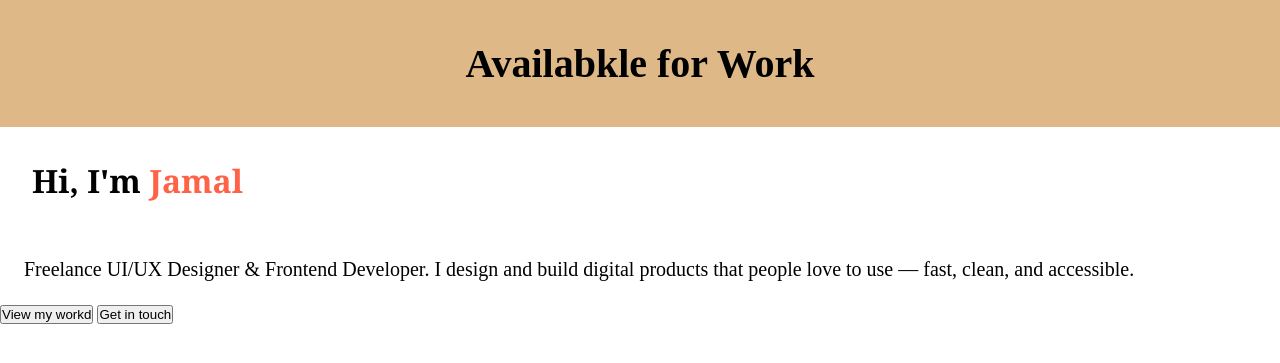
Repository: jamalissef-glitch/exercise1-JS
Page: Exercise33/index.html
These files come from the project's save history. The page is drawn as it stood at one moment and after the next save; the edit follows.
The browser window is 1280 px wide. The pictures show the whole page.

Above is the page before, as saved 2026-07-14 17:42:16.

After the next save:
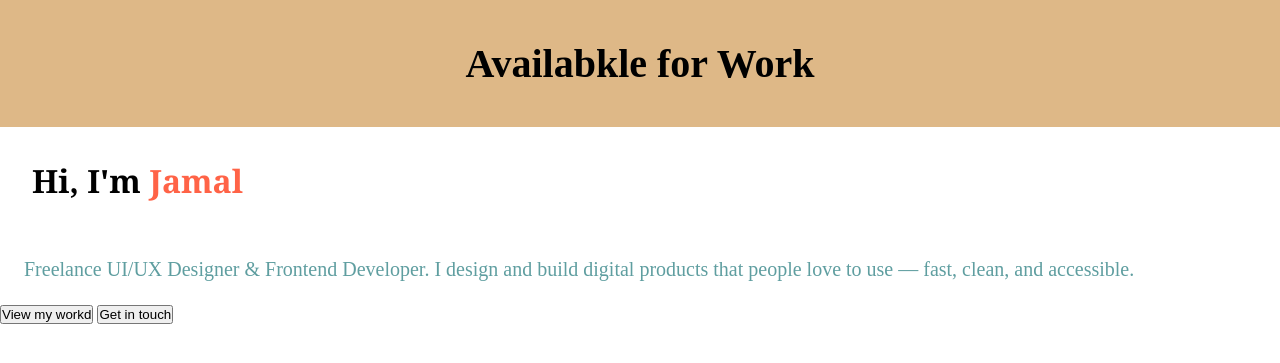
Saved 12 s later.
--- a/Exercise33/index.html
+++ b/Exercise33/index.html
@@ -38,6 +38,7 @@
   padding: 1.5rem;
   align-items: center;
   font-size: 20px;
+  color: cadetblue;
  }
 </style>
 

After the save that followed:
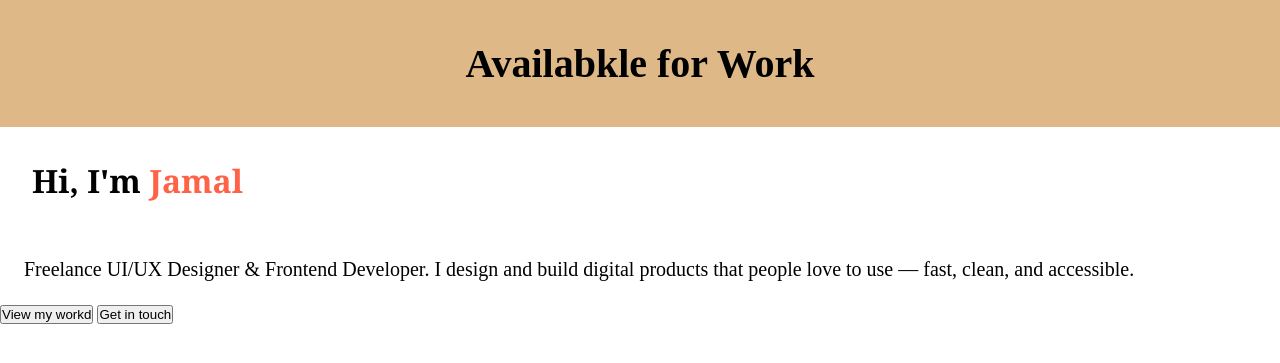
Saved 4 s later.
--- a/Exercise33/index.html
+++ b/Exercise33/index.html
@@ -38,7 +38,7 @@
   padding: 1.5rem;
   align-items: center;
   font-size: 20px;
-  color: cadetblue;
+  col
  }
 </style>
 
